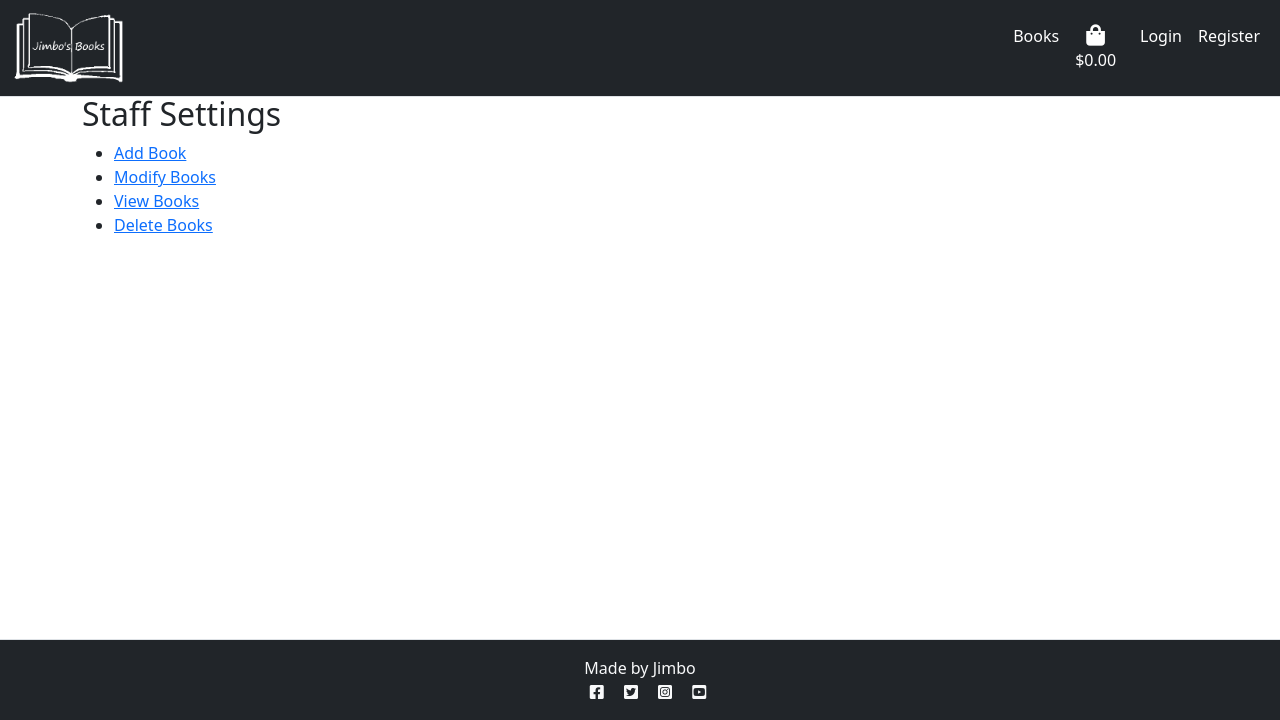
Repository: JaySanders95/jimbos-books
Page: templates/book_added.html
The author's editor kept a copy of each file at every save. The page is drawn from the files as they stood at one save, then again after the next save.
The browser window is 1280 px wide. The pictures show the whole page.
The template is drawn by Django 3.2. The application's start-up code is not run. Other server files are loaded and not shown. The template is opened directly, without the code that normally fills it, so the values that code supplies are empty.

Above is the page before, as saved 2023-12-26 18:04:47.

### templates/book_added.html
{% extends 'staff_settings.html' %}

{% block settings_content %}


{% endblock %}

### templates/staff_settings.html
{% extends 'base.html' %}
{% load static %}

{% block content %}
    <div class="container">
        <div class="row">
            <div class="col">
                <h2>Staff Settings</h2>
                <ul>
                    <li><a href="{% url 'add_book' %}">Add Book</a></li>
                    <li><a href="{% url 'modify_books' %}">Modify Books</a></li>
                    <li><a href="{% url 'view_books' %}">View Books</a></li>
                    <li><a href="{% url 'delete_books' %}">Delete Books</a></li>
                </ul>
            </div>
            <div class="col">
                {% block settings_content %}{% endblock %}
            </div>
        </div>
    </div>
{% endblock %}

### home/templates/base.html
<!DOCTYPE html>
<html class="h-100">
{% load static %}

<head>
    <title>Jimbo's Books</title>

    <link rel="preconnect" href="https://fonts.gstatic.com">
    <link href="https://fonts.googleapis.com/css2?family=Roboto:wght@300&display=swap" rel="stylesheet">
    <link href="https://fonts.googleapis.com/css2?family=Lato:wght@300;700&display=swap" rel="stylesheet">
    <link rel="stylesheet" href="https://cdnjs.cloudflare.com/ajax/libs/font-awesome/5.15.3/css/all.min.css">
    <meta name="viewport" content="width=device-width, initial-scale=1" />
    <link href="https://cdn.jsdelivr.net/npm/bootstrap@5.0.1/dist/css/bootstrap.min.css" rel="stylesheet"
        integrity="sha384-+0n0xVW2eSR5OomGNYDnhzAbDsOXxcvSN1TPprVMTNDbiYZCxYbOOl7+AMvyTG2x" crossorigin="anonymous">
    <script src="https://cdn.jsdelivr.net/npm/bootstrap@5.0.1/dist/js/bootstrap.bundle.min.js"
        integrity="sha384-gtEjrD/SeCtmISkJkNUaaKMoLD0//ElJ19smozuHV6z3Iehds+3Ulb9Bn9Plx0x4" crossorigin="anonymous">
    </script>
    <script src="https://ajax.googleapis.com/ajax/libs/jquery/3.5.1/jquery.min.js"></script>
    <link rel="stylesheet" type="text/css" href="{% static 'style.css' %}">

</head>

<body class="d-flex flex-column h-100 toppage">

    <!-- Navigation -->
    <main class="flex-shrink-0">
        <nav class="navbar navbar-expand-lg navbar-light bg-dark border-bottom border-lg fixed-top">
            <div class="container-fluid">
                <a class="navbar-brand" href="{% url 'home' %}"><img id="logo" src="{% static 'logo_image/logo-image.png' %}" alt="jimbos books logo image"></a>
                <button class="navbar-toggler" type="button" data-bs-toggle="collapse" data-bs-target="#navbarText"
                    aria-controls="navbarText" aria-expanded="false" aria-label="Toggle navigation">
                    <span class="navbar-toggler-icon"></span>
                </button>
                <div class="collapse navbar-collapse" id="navbarText">
                    <ul class="navbar-nav ms-auto mb-2 mb-lg-0 ">
                        <li class="nav-item">
                            <a class="nav-link text-light" href="{% url 'home' %}">Books</a>
                        </li>
                        <li class="list-inline-item">
                            <a class="{% if grand_total %}text-info font-weight-bold{% else %}text-white{% endif %} nav-link" href="{% url 'view_bag' %}">
                                <div class="text-center">
                                    <div><i class="fas fa-shopping-bag fa-lg"></i></div>
                                    <p class="my-0">
                                        {% if grand_total %}
                                            ${{ grand_total|floatformat:2 }}
                                        {% else %}
                                            $0.00
                                        {% endif %}
                                    </p>
                                </div>
                            </a>
                        </li>
                        {% if user.is_staff %}
                        <li class="nav-item dropdown">
                            <a class="nav-link dropdown-toggle" href="#" id="navbarDarkDropdownMenuLink" role="button" data-bs-toggle="dropdown" aria-expanded="false">
                                Booking Settings
                            </a>
                            <ul class="dropdown-menu dropdown-menu-light" aria-labelledby="navbarDarkDropdownMenuLink">
                            <li><a class="dropdown-item text-light" href="">Staff settings</a></li>
                            <li><a class="dropdown-item text-light" href="">Manage Orders</a></li>
                            <li><a class="dropdown-item text-light" href="">log out</a></li>
                            </ul>
                        </li>
                        {% elif user.is_authenticated %}
                        <li class="nav-item dropdown">
                            <a class="nav-link dropdown-toggle" href="#" id="navbarDarkDropdownMenuLink" role="button" data-bs-toggle="dropdown" aria-expanded="false">
                                My account
                            </a>
                            <ul class="dropdown-menu dropdown-menu-light" aria-labelledby="navbarDarkDropdownMenuLink">
                            <li><a class="dropdown-item text-light" href="">My Account</a></li>
                            <li><a class="dropdown-item text-light" href="">My orders</a></li>
                            <li><a class="dropdown-item text-light" href="">log out</a></li>
                            </ul>
                        </li>
                        {% else %}
                        <li class="nav-item">
                            <a class="nav-link text-light" href="">Login</a>
                        </li>
                        <li class="nav-item">
                            <a class="nav-link text-light" href="">Register</a>
                        </li>




                        {% endif %}
                    </ul>

                </div>
            </div>
        </nav>
        <div class="spacer"></div>
        <div class="container">
            <div class="row">
                <div class="col-md-8 offset-md-2">
                    {% for message in messages %}
                    <div class="alert {{ message.tags}} alert-dismissable fade show text-center" id="msg" role="alert">
                        {{ message | safe }}
                    </div>
                    {% endfor %}
                </div>
            </div>
        </div>

            {% block content %}
            {% endblock content %}

    </main>


    <!-- Footer -->
    <footer class="footer mt-auto py-3 bg-dark border-top border-lg">
        <p class="m-0 text-center text-light ">Made by Jimbo</p>
        <p class="m-0 text-center text-light">
            <a href="https://www.facebook.com" class="icon-block text-light" target="_blank"><i class="fab fa-facebook-square ms-3"></i></a>
            <a href="https://www.twitter.com" class="icon-block text-light" target="_blank"><i class="fab fa-twitter-square ms-3"></i></a>
            <a href="https://www.instagram.com" class="icon-block text-light" target="_blank"><i class="fab fa-instagram-square ms-3"></i></a>
            <a href="https://www.youtube.com" class="icon-block text-light" target="_blank"><i class="fab fa-youtube-square ms-3"></i></a>
        </p>
    </footer>
    <script>
        setTimeout (function() {
        let messages = document.getElementById("msg");
        let alert = new bootstrap.Alert(messages);
        alert.close();
    }, 3000);

    </script>

</body>

</html>

### static/style.css
.book {
    border: 1px solid #ddd;
    margin: 20px;
    padding: 20px;
    border-radius: 10px;
    box-shadow: 0 0 10px rgba(0, 0, 0, 0.1);
    height: auto;
}

.book img {
    height: 300px;
}

.navbar-light .navbar-nav .nav-link {
    color: rgb(255, 255, 255) !important;
}

.navbar-brand img {
    height: 70px;
}

.spacer {
    margin-bottom: 95px;
}

#reviews-section {
    margin-top: 20px;
}

.review {
    margin-bottom: 20px;
    padding: 10px;
    border: 1px solid #ccc;
}

.review-image {
    max-width: 100%;
    height: auto;
}

.review-text {
    margin-top: 10px;
}

.review-divider {
    margin: 20px 0;
    border: none;
    border-top: 1px solid #ccc;
}

After the next save:
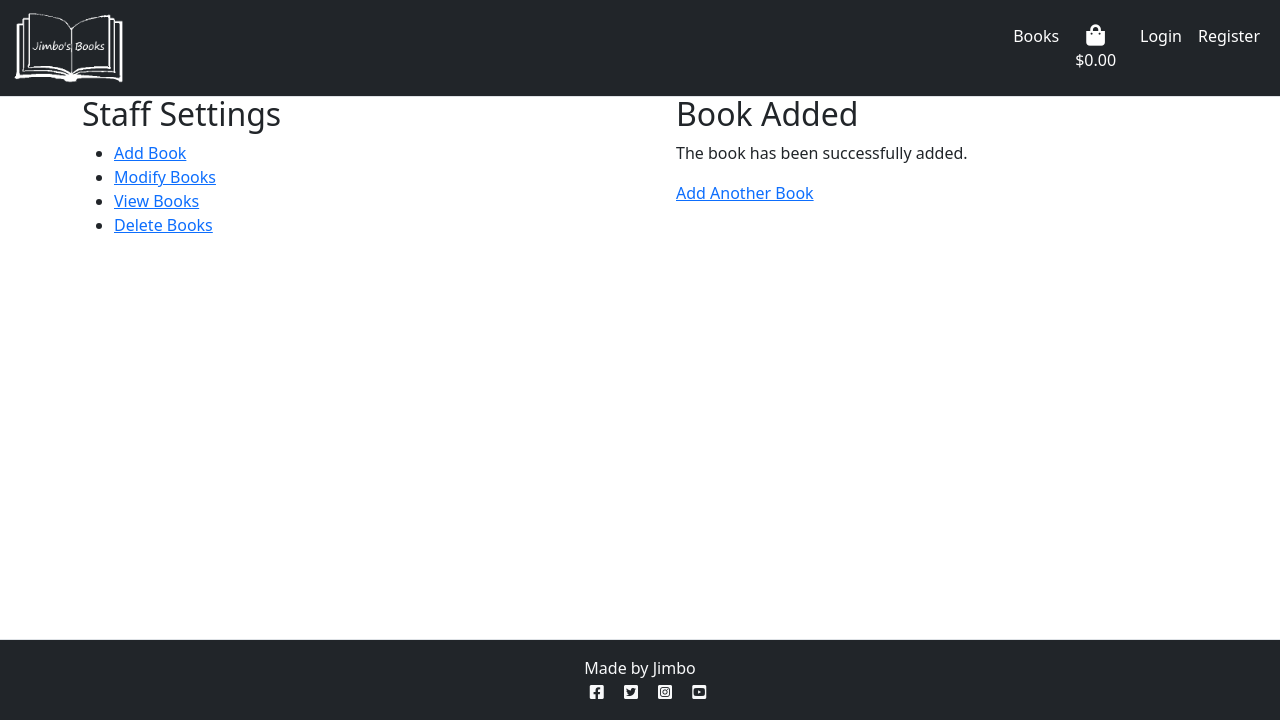
Saved 9 s later.
--- a/templates/book_added.html
+++ b/templates/book_added.html
@@ -1,6 +1,14 @@
 {% extends 'staff_settings.html' %}
 
 {% block settings_content %}
-
+<div class="container">
+    <div class="row">
+        <div class="col">
+            <h2>Book Added</h2>
+            <p>The book has been successfully added.</p>
+            <a href="{% url 'add_book' %}">Add Another Book</a>
+        </div>
+    </div>
+</div>
 
 {% endblock %}
